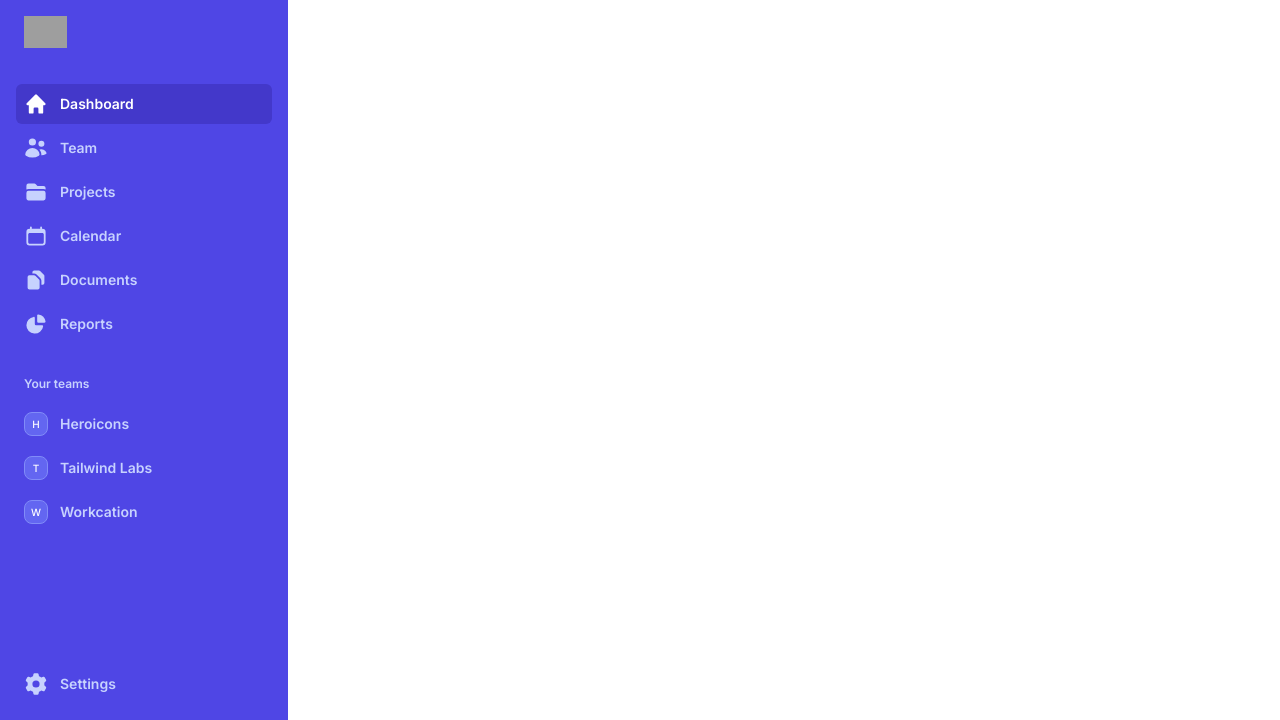
Repository: uh-sman/digital-x
Page: /
These files come from the project's save history. The page is drawn as it stood at one moment and after the next save; the edit follows.
The browser window is 1280 px wide. The pictures show the whole page.
Pictures or frames that could not be fetched are drawn as grey boxes. The project was rebuilt for these pictures with package versions that can differ from the ones it lists, and the page was loaded fresh each time. The framework's server and built-in components were replaced by stand-ins that run in the browser. Also part of the build but not shown: next.config.mjs.

Above is the page before, as saved 2024-04-02 10:28:32.

After the next save:
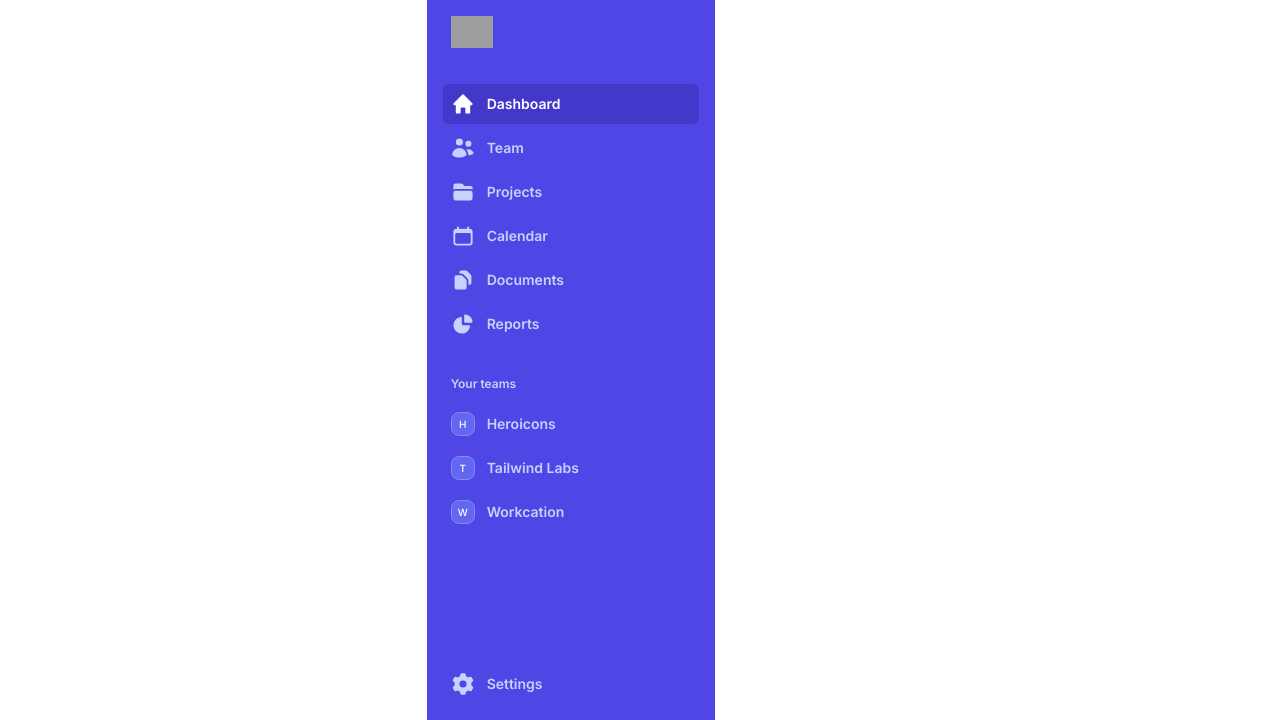
Saved 39 s later.
--- a/app/layout.tsx
+++ b/app/layout.tsx
@@ -19,7 +19,7 @@
   return (
     <html lang="en">
       <body className={inter.className}>
-        <div className="flex">
+        <div className="flex justify-evenly">
           <SideBar />
             {/* <nav className="flex w-full">
             <NavMenu />

After the save that followed:
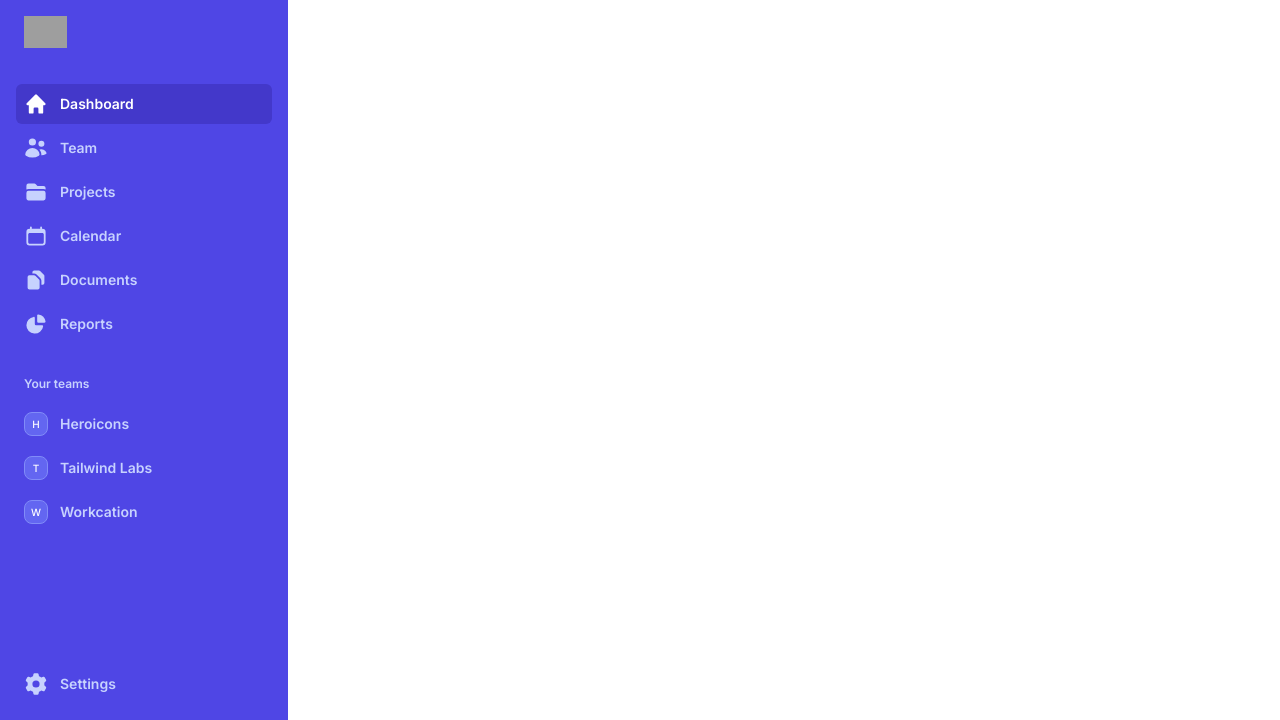
Saved 11 s later.
--- a/app/layout.tsx
+++ b/app/layout.tsx
@@ -19,7 +19,7 @@
   return (
     <html lang="en">
       <body className={inter.className}>
-        <div className="flex justify-evenly">
+        <div className="flex justify-stretch">
           <SideBar />
             {/* <nav className="flex w-full">
             <NavMenu />
